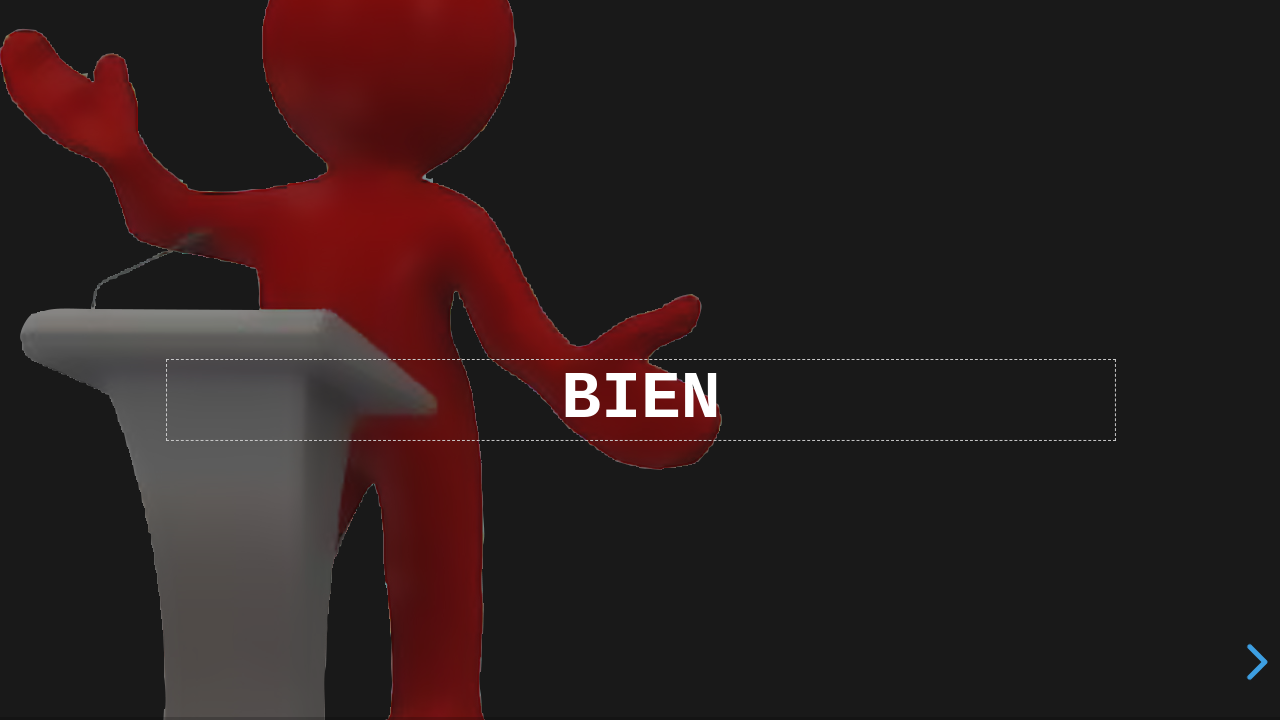
Repository: cutesquirrel/pres-college
Page: index.html
The author's editor kept a copy of each file at every save. The page is drawn from the files as they stood at one save, then again after the next save.
The browser window is 1280 px wide. The pictures show the whole page.

Above is the page before, as saved 2024-03-31 10:52:09.

After the next save:
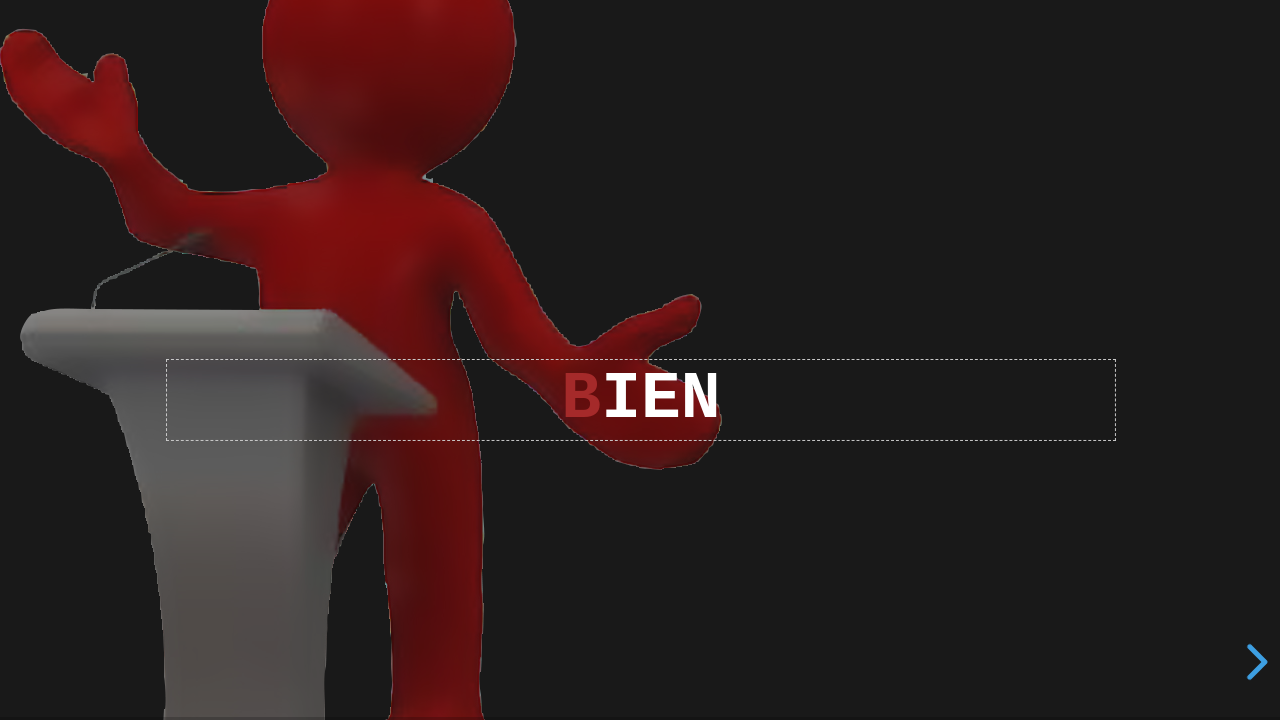
Saved 38 s later.
--- a/custom.css
+++ b/custom.css
@@ -10,6 +10,10 @@
   width:100%; /* pour visualiser le passage a la ligne */
   border:1px dashed #ccc;
 }
+.animate-text::first-letter {
+  color: brown;
+}
+
 
 /* effet machine à écrire + animation CSS (SPECIAL) */
 /*

After the 2 saves that followed:
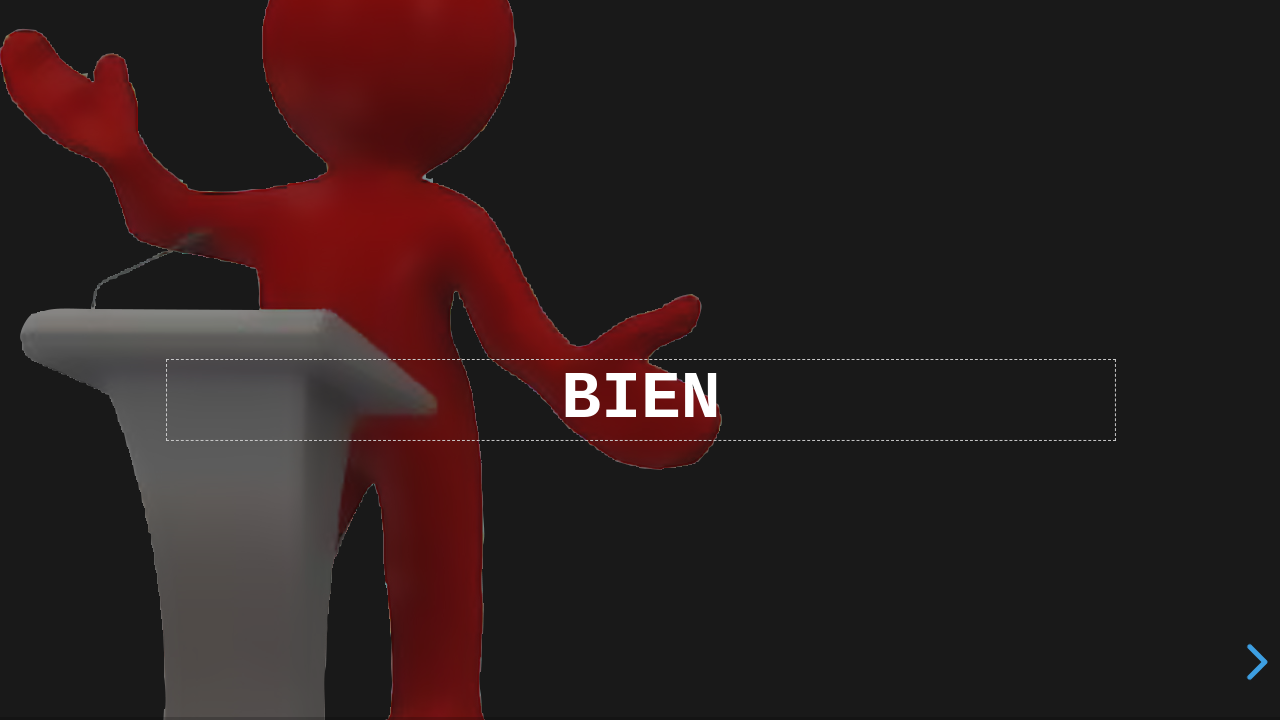
The 2 saves are shown as one change because 1 left the picture as it was.
The last was saved 2 min 57 s later.
--- a/custom.css
+++ b/custom.css
@@ -11,7 +11,7 @@
   border:1px dashed #ccc;
 }
 .animate-text::first-letter {
-  color: brown;
+  color: darkyellow;
 }
 
 
